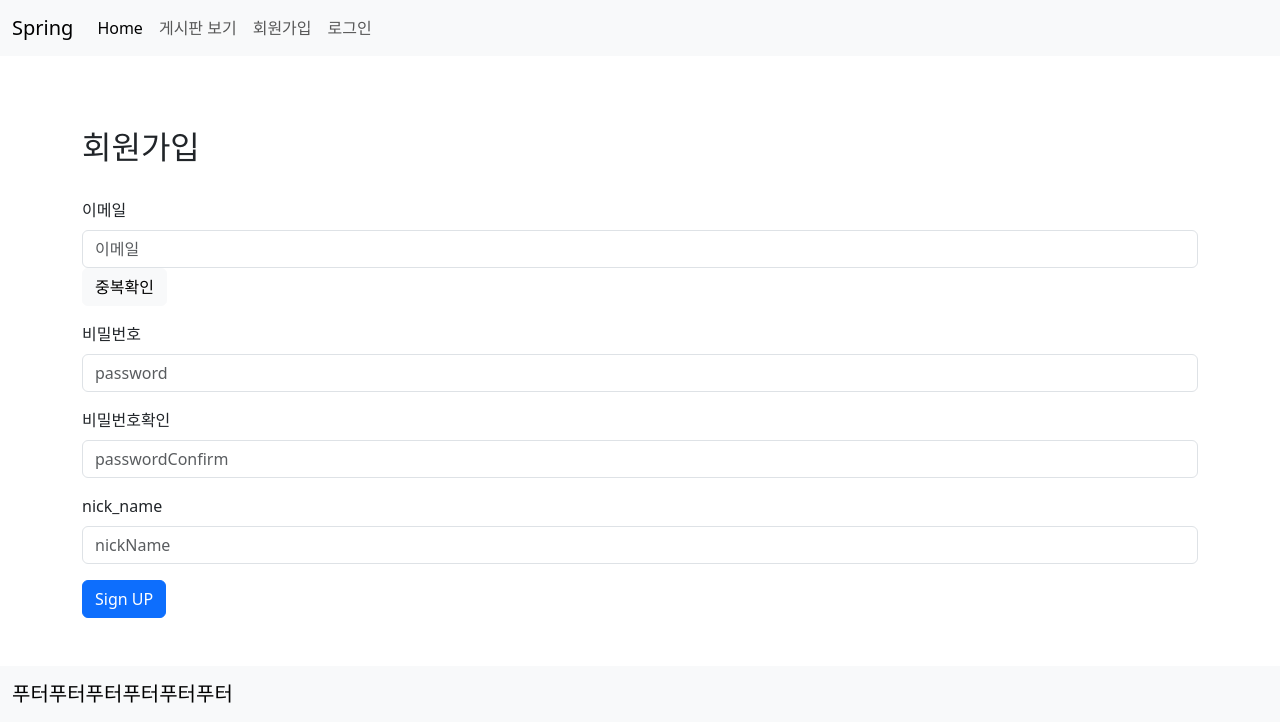
Repository: Jensuchan/spring_solo_project
Page: http://localhost/spring_test/WEB-INF/views/member/register.jsp
The author's editor kept a copy of each file at every save. The page is drawn from the files as they stood at one save, then again after the next save.
The browser window is 1280 px wide. The pictures show the whole page.
The page is served by Tomcat 9. Nobody is signed in. Other server files are loaded and not shown. The template is opened directly, without the code that normally fills it, so the values that code supplies are empty.

Above is the page before, as saved 2024-01-18 02:53:48.
Console error: TypeError: Cannot read properties of null (reading 'addEventListener')

### spring_test/src/main/webapp/WEB-INF/views/member/register.jsp
<%@ page language="java" contentType="text/html; charset=UTF-8"
	    pageEncoding="UTF-8"%>
<%@ taglib uri="http://java.sun.com/jsp/jstl/core" prefix="c"%>
<jsp:include page="../layout/header.jsp"></jsp:include>

<script src="https://cdn.jsdelivr.net/npm/bootstrap@5.3.1/dist/js/bootstrap.bundle.min.js" integrity="sha384-HwwvtgBNo3bZJJLYd8oVXjrBZt8cqVSpeBNS5n7C8IVInixGAoxmnlMuBnhbgrkm" crossorigin="anonymous"></script>

<div class="container-md">
	<br>
	<h2>회원가입</h2>
	<br>
	<form action="/member/register" method="post">
		<div class="mb-3">
			<label for="email" class="form-label">이메일</label>
			<input type="email" name="email" class="form-control" id="email" placeholder="이메일">
			<button type="button" class="btn btn-light" id="validationId">중복확인</button>
		</div>
		<div class="mb-3">
			<label for="pwd" class="form-label">비밀번호</label>
			<input type="password" name="pwd" class="form-control" id="pwd" placeholder="password">
		</div>
		<div class="mb-3">
			<label for="pwd" class="form-label">비밀번호확인</label>
			<input type="password" name="pwdConfirm" class="form-control" id="pwdConfirm" placeholder="passwordConfirm">
		</div>
		<div class="mb-3">
			<label for="nickName" class="form-label">nick_name</label>
			<input type="text" name="nickName" class="form-control" id="nickName" placeholder="nickName">
		</div>
		<button type="submit" class="btn btn-primary">Sign UP</button>
	</form>
</div>

<script src="../resources/js/memberRegister.js"></script>


<jsp:include page="../layout/footer.jsp"></jsp:include>

### spring_test/src/main/webapp/WEB-INF/views/layout/header.jsp
<%@ taglib uri="http://java.sun.com/jsp/jstl/core" prefix="c"%>
<%@ page language="java" contentType="text/html; charset=UTF-8"
	pageEncoding="UTF-8"%>
<%@ taglib uri="http://www.springframework.org/security/tags"
	prefix="sec"%>
<!DOCTYPE html>
<html>
<head>
<meta charset="UTF-8">
<title>Insert title here</title>
<link
	href="https://cdn.jsdelivr.net/npm/bootstrap@5.3.1/dist/css/bootstrap.min.css"
	rel="stylesheet"
	integrity="sha384-4bw+/aepP/YC94hEpVNVgiZdgIC5+VKNBQNGCHeKRQN+PtmoHDEXuppvnDJzQIu9"
	crossorigin="anonymous">
<script
	src="https://cdn.jsdelivr.net/npm/bootstrap@5.3.1/dist/js/bootstrap.bundle.min.js"
	integrity="sha384-HwwvtgBNo3bZJJLYd8oVXjrBZt8cqVSpeBNS5n7C8IVInixGAoxmnlMuBnhbgrkm"
	crossorigin="anonymous"></script>
</head>
<style>
	.container-fluid{
		display: flex;
		justify-content: space-evenly;
		align-items: center;
	}
</style>

<body>

	<nav class="navbar navbar-expand-lg bg-body-tertiary">
		<div class="container-fluid">
			<a class="navbar-brand" href="/">Spring</a>
			<button class="navbar-toggler" type="button"
				data-bs-toggle="collapse" data-bs-target="#navbarSupportedContent"
				aria-controls="navbarSupportedContent" aria-expanded="false"
				aria-label="Toggle navigation">
				<span class="navbar-toggler-icon"></span>
			</button>
			<div class="collapse navbar-collapse" id="navbarSupportedContent">
				<ul class="navbar-nav me-auto mb-2 mb-lg-0">
					<li class="nav-item"><a class="nav-link active"
						aria-current="page" href="/">Home</a></li>
					<li class="nav-item"><a class="nav-link" href="/board/list">게시판 보기</a></li>

					<!-- 현재 인증한 사용자의 정보를 가져와서 해당 권한이 있는지 확인 -->
					<!-- 현재 사용자의 정보는 principal  -->
					<!-- anyMatch() : stream 매칭 메서드(최소한 1개의 요소가 주어진 조건에 맞는지 조사) -->

					<sec:authorize access="isAuthenticated()">
						<sec:authentication property="principal.mvo.email" var="authEmail" />
						<sec:authentication property="principal.mvo.nickName" var="authNick" />
						<sec:authentication property="principal.mvo.authList" var="auths" />

						<li class="nav-item"><a class="nav-link" href="/board/register">게시판글쓰기</a></li>
						<li class="nav-item"></li><a class="nav-link" href="/member/detail">내정보보기</a>
						<li class="nav-item"><a class="nav-link" href="/member/logout">로그아웃</a></li>
						<a href="/member/logout"><button type="button" hidden id="trigger"></button></a>
					</sec:authorize>
					<sec:authorize access="isAnonymous()">
						<li class="nav-item"><a class="nav-link" href="/member/register">회원가입</a></li>
						<li class="nav-item"><a class="nav-link" href="/member/login">로그인</a></li>
					</sec:authorize>
				</ul>
			</div>
		</div>
	</nav>

	<br><br>

### spring_test/src/main/webapp/WEB-INF/views/layout/footer.jsp
<%@ page language="java" contentType="text/html; charset=UTF-8"
    pageEncoding="UTF-8"%>
<br><br>
<nav class="navbar navbar-expand-lg bg-body-tertiary">
		<div class="container-fluid">
			<a class="navbar-brand" href="/">푸터푸터푸터푸터푸터푸터</a>

			<div class="collapse navbar-collapse" id="navbarSupportedContent">
			</div>
		</div>
	</nav>
</body>
</html>

### spring_test/src/main/webapp/resources/js/memberRegister.js
console.log('memberRegister 입장');

let confirmId = false;


//중복확인버튼 클릭이벤트
document.getElementById('validationId').addEventListener('click', () => {
    let email = document.getElementById('email');
    console.log(email.value);
    if (email.value == null || email.value == "") {
        alert('아이디를 입력해주세요.');
        email.focus();
        return false;
    } else {
        validationIdConfirm(email.value).then(result => {
            if (result == "1") {
                alert('사용 가능한 이메일입니다.');
                confirmId = true;
            } else if (result == "0") {
                alert('이미 존재하는 이메일입니다.');
                email.value = '';
            }
        })
    }
})
//비동기 이메일 중복확인
async function validationIdConfirm(email) {
    try {
        const url = "/member/" + email;
        const resp = await fetch(url);
        const result = await resp.text();
        return result;
    } catch (error) {
        console.log(error);
    }
}

//회원가입버튼 눌렀을때 이벤트
document.getElementById('submitBtn').addEventListener('click', () => {
    let isOk = registerValidation();
    if (isOk == 0) {
        alert('이메일을 입력해주세요.');
        return false;
    } else if (isOk == 1) {
        alert('비밀번호를 입력해주세요.');
    } else if (isOk == 2) {
        alert('비밀번호 확인을 입력해주세요.');
        return false;
    } else if (isOk == 3) {
        alert('닉네임을 입력해주세요.');
        return false;
    } else if (isOk == 4) {
        alert('비밀번호가 일치하지 않습니다.');
        return false;
    } else if (!confirmId) {
        alert('아이디를 중복확인해주세요.');
    } else {
        alert('회원가입되었습니다. 로그인해주세요.');
        document.getElementById('form').submit();
    }
});

//비밀번호 중복체크 이벤트
document.addEventListener('input', (e) => {
    if (e.target.id == 'pwdConfirm' || e.target.id == 'pwd') {
        const pwd = document.getElementById('pwd').value;
        const pwdConfirm = document.getElementById('pwdConfirm').value;
        const span = document.getElementById('confirmText');
        if (pwd != pwdConfirm) {
            span.setAttribute("style", "color: red");
            span.innerText = '비밀번호가 일치하지 않습니다.';
        } else {
            span.setAttribute("style", "color: blue");
            span.innerText = '비밀번호가 일치합니다.';
        }
    }
})

function registerValidation() {
    const email = document.getElementById('email').value;
    const pwd = document.getElementById('pwd').value;
    const pwdConfirm = document.getElementById('pwdConfirm').value;
    const nickName = document.getElementById('nickName').value;
    if (email == null || email == "") {
        return 0;
    } else if (pwd == null || pwd == "") {
        return 1;
    } else if (pwdConfirm == null || pwdConfirm == "") {
        return 2;
    } else if (nickName == null || nickName == "") {
        return 3;
    } else if (pwd != pwdConfirm) {
        return 4;
    } else {
        return 5;
    }
}

After the next save:
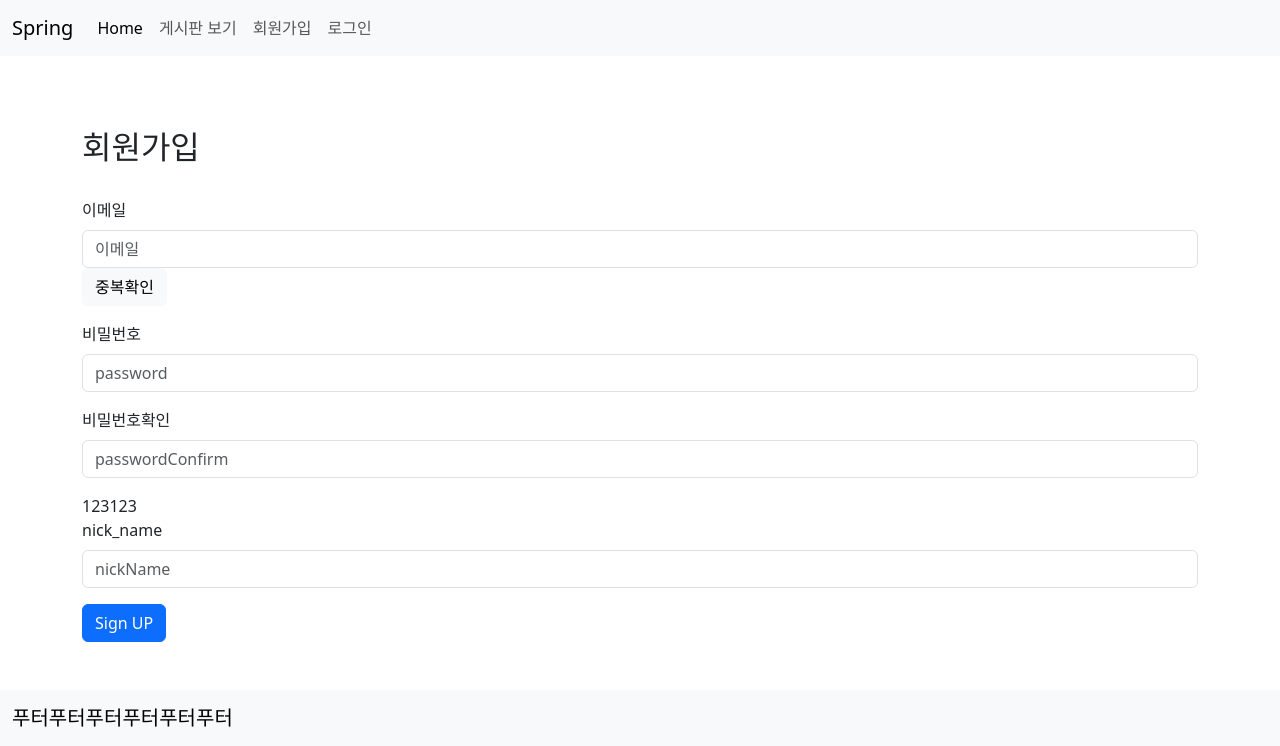
Saved 34 s later.
--- a/spring_test/src/main/webapp/WEB-INF/views/member/register.jsp
+++ b/spring_test/src/main/webapp/WEB-INF/views/member/register.jsp
@@ -23,6 +23,7 @@
 			<label for="pwd" class="form-label">비밀번호확인</label>
 			<input type="password" name="pwdConfirm" class="form-control" id="pwdConfirm" placeholder="passwordConfirm">
 		</div>
+		<span>123123</span>
 		<div class="mb-3">
 			<label for="nickName" class="form-label">nick_name</label>
 			<input type="text" name="nickName" class="form-control" id="nickName" placeholder="nickName">
